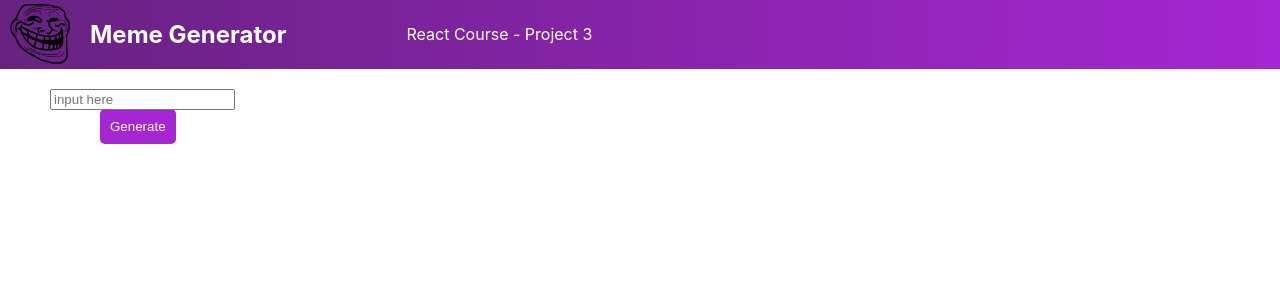
Repository: mortiestmorty1/meme-generator-react
Page: /
An editor plug-in stored every save of this project. The page is shown before and after the next save, followed by the edit.
The browser window is 1280 px wide. The pictures show the whole page.
The project was rebuilt for these pictures with package versions that can differ from the ones it lists, and the page was loaded fresh each time.

Above is the page before, as saved 2024-01-17 19:18:19.

### src/index.css
body {
  margin: 0;
  font-family: -apple-system, BlinkMacSystemFont, 'Segoe UI', 'Roboto', 'Oxygen',
    'Ubuntu', 'Cantarell', 'Fira Sans', 'Droid Sans', 'Helvetica Neue',
    sans-serif;
  -webkit-font-smoothing: antialiased;
  -moz-osx-font-smoothing: grayscale;
}

code {
  font-family: source-code-pro, Menlo, Monaco, Consolas, 'Courier New',
    monospace;
}
* {
  box-sizing: border-box;
  }

### src/App.js
import logo from './logo.svg';
import './App.css';
import React from "react";
import Navbar from "./components/Navbar";
import Inputs from "./components/inputs";
function App() {
  return (
    <div className="App">
      <Navbar />
      <Inputs />
    </div>
  );
}

export default App;

### src/App.css
.nav-container {
  display: flex;
  justify-content: space-between;
  align-items: center;
  background: linear-gradient(to right, #672280,#A626D3);
  }
  .image{
    width: 60px;
    height: 60px;
    margin-left: 10px;
  }
  .navbar{
    display: flex;
    justify-content: space-around;
    align-items: center;
    margin-right: 10px;
    color: white;
  }
  .navbar h1{
    margin-right: 20px;
    margin-left: 20px;
  }
  .info{
    margin-left: 100px;
  }
  .inputs-container{
    margin-left: 50px;
    margin-top: 20px;
  }
  .top{
    position: absolute;
  }
  .bottom{
    position: absolute;
  }
  .topinput{
    position: absolute;

  }
  .bottominput{
    position: absolute;

  }
  .generate{
    margin-left: 50px;
    margin-top: 20px;
    background-color: #A626D3;
    color: white;
    border: none;
    padding: 10px;
    border-radius: 5px;
    cursor: pointer;
  }

### src/components/Navbar.js
import React from "react";
import Troll from "./Troll-Face.svg";
import "../App.css";
function Navbar(){
    return(
        <div className="nav-container">
            <nav className="navbar">
                <img src={Troll} className="image" alt="Troll Face" />
                <h1>Meme Generator</h1>
                <section className="info">
                    <p>React Course - Project 3</p>
                </section>
            </nav>
        </div>
    )
}

export default Navbar;

### src/components/inputs.js
import React from "react";
import "../App.css";

function Inputs(){
    return(
        <div className="inputs-container">
            <form className="inputs">
                <label className="top">Top Text</label>
                <input  className="topinput" type="text" placeholder="input here" />
                <label className="bottom">Top Text</label>
                <input className="bottominput" type="text" placeholder="input here" />
                <button className="generate">Generate</button>
            </form>
        </div>
    )
}

export default Inputs;

Loaded but not shown: public/index.html (common file); src/index.js (common file); src/reportWebVitals.js (common file)

After the next save:
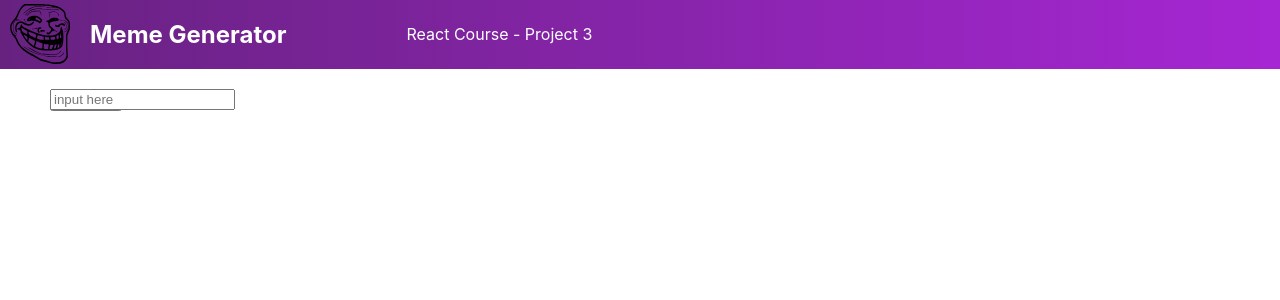
Saved 9 s later.
--- a/src/App.css
+++ b/src/App.css
@@ -42,12 +42,5 @@
 
   }
   .generate{
-    margin-left: 50px;
-    margin-top: 20px;
-    background-color: #A626D3;
-    color: white;
-    border: none;
-    padding: 10px;
-    border-radius: 5px;
-    cursor: pointer;
+
   }
